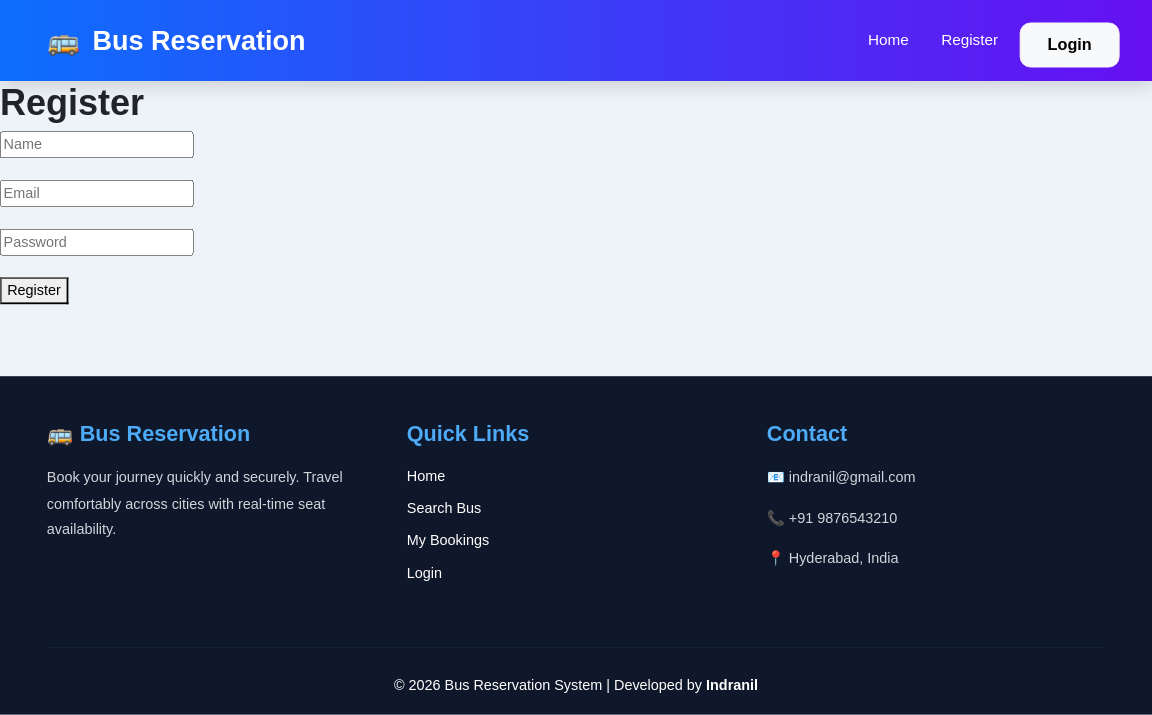
Repository: Eswarabhinay06/Bus-Reservation-System
Page: /register (app in AIML-09-Bus-Reservation-System-main/bus-reservation-frontend/)
These files come from the project's save history. The page is drawn as it stood at one moment and after the next save; the edit follows.
The browser window is 1280 px wide. The pictures show the whole page, at 90% of full size.
The project was rebuilt for these pictures with package versions that can differ from the ones it lists, and the page was loaded fresh each time. Also part of the build but not shown: AIML-09-Bus-Reservation-System-main/bus-reservation-frontend/vite.config.js, AIML-09-Bus-Reservation-System-main/bus-reservation-frontend/src/styles/Hero.css, AIML-09-Bus-Reservation-System-main/bus-reservation-frontend/src/components/Hero.jsx, AIML-09-Bus-Reservation-System-main/bus-reservation-frontend/src/components/SearchBar.jsx, AIML-09-Bus-Reservation-System-main/bus-reservation-frontend/src/styles/BusCard.css, AIML-09-Bus-Reservation-System-main/bus-reservation-frontend/src/components/BusCard.jsx, AIML-09-Bus-Reservation-System-main/bus-reservation-frontend/src/styles/SeatSelection.css, AIML-09-Bus-Reservation-System-main/bus-reservation-frontend/src/components/SeatSelection.jsx and 6 more.

Above is the page before, as saved 2026-07-14 10:43:58.

### AIML-09-Bus-Reservation-System-main/bus-reservation-frontend/index.html
<!doctype html>
<html lang="en">
  <head>
    <meta charset="UTF-8" />
    <link rel="icon" type="image/svg+xml" href="/favicon.svg" />
    <meta name="viewport" content="width=device-width, initial-scale=1.0" />
    <title>bus-reservation-frontend</title>
  </head>
  <body>
    <div id="root"></div>
    <script type="module" src="/src/main.jsx"></script>
  </body>
</html>

### AIML-09-Bus-Reservation-System-main/bus-reservation-frontend/src/main.jsx
import { StrictMode } from 'react'
import { createRoot } from 'react-dom/client'
import 'bootstrap/dist/css/bootstrap.min.css'   // Add this line
import './index.css'
import App from './App.jsx'

createRoot(document.getElementById('root')).render(
  <StrictMode>
    <App />
  </StrictMode>,
)

### AIML-09-Bus-Reservation-System-main/bus-reservation-frontend/src/index.css
body{
    margin:0;
    padding:0;
    font-family:Arial, Helvetica, sans-serif;
    background:#f4f7fc;
}

.card{
    border:none;
    border-radius:15px;
    transition:.3s;
}

.card:hover{
    transform:translateY(-8px);
    box-shadow:0 10px 25px rgba(0,0,0,.2);
}

.btn{
    border-radius:8px;
}

h1,h2,h3{
    font-weight:bold;
}

footer{
    margin-top:60px;
}
.container{
    max-width:1200px;
}

.card{
    transition:0.3s;
}

.card:hover{
    transform:translateY(-8px);
    box-shadow:0px 10px 25px rgba(0,0,0,0.2);
}

.btn{
    border-radius:10px;
}

.card h3{
    font-size:28px;
}

.card p{
    font-size:18px;
}

body{
    background:#eef3f9;
}
.form-control{
    border-radius:10px;
}

.form-control:focus{
    box-shadow:0 0 10px rgba(13,110,253,.4);
}

.card{
    border-radius:15px;
}

.btn{
    font-weight:bold;
}

.btn:hover{
    transform:scale(1.02);
}
.hero {
    height: 350px;
    background: linear-gradient(135deg,#0d6efd,#4facfe);
    display: flex;
    justify-content: center;
    align-items: center;
    color: white;
    margin-bottom: 40px;
}

.hero-content {
    text-align: center;
}

.hero-content h1 {
    font-size: 55px;
    font-weight: bold;
}

.hero-content p {
    font-size: 22px;
}

### AIML-09-Bus-Reservation-System-main/bus-reservation-frontend/src/App.jsx
import { BrowserRouter, Routes, Route } from "react-router-dom";

import Navbar from "./components/Navbar";
import Footer from "./components/Footer";
import SearchBus from "./pages/SearchBus";
import Register from "./pages/Register";
import Login from "./pages/Login";
import MyBookings from "./pages/MyBookings";
import AddBus from "./pages/AddBus";

function App() {
  return (
    <BrowserRouter>

      <Navbar />

      <Routes>

        <Route path="/" element={<SearchBus />} />

        <Route
          path="/register"
          element={<Register />}
        />

        <Route
          path="/login"
          element={<Login />}
        />

        <Route
          path="/my-bookings"
          element={<MyBookings />}
        />

        <Route
          path="/add-bus"
          element={<AddBus />}
        />

      </Routes>

      <Footer />

    </BrowserRouter>
  );
}

export default App;

### AIML-09-Bus-Reservation-System-main/bus-reservation-frontend/src/components/Navbar.jsx
import { Link, useNavigate } from "react-router-dom";
import "../styles/Navbar.css";

function Navbar() {
  const navigate = useNavigate();
  const user = JSON.parse(localStorage.getItem("user"));

  const logout = () => {
    localStorage.removeItem("user");
    alert("Logged out Successfully!");
    navigate("/login");
  };

  return (
    <nav className="navbar navbar-expand-lg custom-navbar sticky-top">

      <div className="container">

        {/* Logo */}
        <Link className="navbar-brand" to="/">
          🚌 <span>Bus Reservation</span>
        </Link>

        {/* Mobile Toggle */}
        <button
          className="navbar-toggler"
          type="button"
          data-bs-toggle="collapse"
          data-bs-target="#navbarNav"
        >
          <span className="navbar-toggler-icon"></span>
        </button>

        {/* Menu */}
        <div className="collapse navbar-collapse" id="navbarNav">

          <ul className="navbar-nav ms-auto align-items-lg-center">

            <li className="nav-item">
              <Link className="nav-link" to="/">
                Home
              </Link>
            </li>

            {!user ? (
              <>
                <li className="nav-item">
                  <Link className="nav-link" to="/register">
                    Register
                  </Link>
                </li>

                <li className="nav-item">
                  <Link className="btn btn-light login-btn ms-lg-3" to="/login">
                    Login
                  </Link>
                </li>
              </>
            ) : (
              <>
                <li className="nav-item">
                  <Link className="nav-link" to="/my-bookings">
                    My Bookings
                  </Link>
                </li>

                <li className="nav-item">
                  <Link className="nav-link" to="/add-bus">
                    Add Bus
                  </Link>
                </li>

                <li className="nav-item">
                  <span className="welcome-text">
                    👋 {user.name}
                  </span>
                </li>

                <li className="nav-item">
                  <button
                    className="btn btn-danger logout-btn ms-lg-3"
                    onClick={logout}
                  >
                    Logout
                  </button>
                </li>
              </>
            )}

          </ul>

        </div>

      </div>

    </nav>
  );
}

export default Navbar;

### AIML-09-Bus-Reservation-System-main/bus-reservation-frontend/src/components/Footer.jsx
import "../styles/Footer.css";

function Footer() {
  return (
    <footer className="footer">

      <div className="container">

        <div className="row">

          {/* About */}
          <div className="col-md-4 mb-4">
            <h4>🚌 Bus Reservation</h4>
            <p>
              Book your journey quickly and securely.
              Travel comfortably across cities with
              real-time seat availability.
            </p>
          </div>

          {/* Quick Links */}
          <div className="col-md-4 mb-4">
            <h4>Quick Links</h4>

            <ul className="footer-links">
              <li>Home</li>
              <li>Search Bus</li>
              <li>My Bookings</li>
              <li>Login</li>
            </ul>
          </div>

          {/* Contact */}
          <div className="col-md-4 mb-4">
            <h4>Contact</h4>

            <p>📧 indranil@gmail.com</p>
            <p>📞 +91 9876543210</p>
            <p>📍 Hyderabad, India</p>
          </div>

        </div>

        <hr />

        <div className="text-center">
          © 2026 Bus Reservation System | Developed by <b>Indranil</b>
        </div>

      </div>

    </footer>
  );
}

export default Footer;

### AIML-09-Bus-Reservation-System-main/bus-reservation-frontend/src/pages/Register.jsx
import { useState } from "react";
import api from "../services/api";
import "../styles/Register.css";
function Register() {
  const [form, setForm] = useState({
    name: "",
    email: "",
    password: "",
  });

  const handleSubmit = async (e) => {
    e.preventDefault();

    if (!form.name || !form.email || !form.password) {
  alert("All fields are required");
  return;
}

    try {
      await api.post("/auth/register", form);
      alert("Registration successful!");
      setForm({ name: "", email: "", password: "" });
    } catch (error) {
      console.error(error);
      alert("Registration failed");
    }
  };

  return (
    <div>
      <h1>Register</h1>

      <form onSubmit={handleSubmit}>
        <input
          placeholder="Name"
          value={form.name}
          onChange={(e) => setForm({ ...form, name: e.target.value })}
        />
        <br /><br />

        <input
          placeholder="Email"
          value={form.email}
          onChange={(e) => setForm({ ...form, email: e.target.value })}
        />
        <br /><br />

        <input
          type="password"
          placeholder="Password"
          value={form.password}
          onChange={(e) => setForm({ ...form, password: e.target.value })}
        />
        <br /><br />

        <button type="submit">Register</button>
      </form>
    </div>
  );
}

export default Register;

### AIML-09-Bus-Reservation-System-main/bus-reservation-frontend/src/styles/Navbar.css
.custom-navbar{
    background:linear-gradient(90deg,#0d6efd,#6610f2);
    padding:15px 0;
    box-shadow:0 5px 20px rgba(0,0,0,.15);
}

.navbar-brand{
    color:white !important;
    font-size:30px;
    font-weight:700;
    text-decoration:none;
}

.navbar-brand span{
    margin-left:5px;
}

.nav-link{
    color:white !important;
    font-size:17px;
    font-weight:500;
    margin-left:20px;
    transition:.3s;
}

.nav-link:hover{
    color:#ffd43b !important;
}

.login-btn{
    border-radius:30px;
    padding:10px 22px;
    font-weight:600;
}

.logout-btn{
    border-radius:30px;
    padding:10px 20px;
}

.welcome-text{
    color:#ffd43b;
    font-weight:bold;
    margin-left:20px;
}

.navbar-toggler{
    border:none;
}

.navbar-toggler:focus{
    box-shadow:none;
}

@media(max-width:992px){

.nav-link{
    margin-left:0;
    margin-top:10px;
}

.login-btn,
.logout-btn{
    margin-top:15px;
    width:100%;
}

.welcome-text{
    margin:15px 0;
    display:block;
}

}

### AIML-09-Bus-Reservation-System-main/bus-reservation-frontend/src/styles/Footer.css
.footer{
    background:#0f172a;
    color:white;
    padding:50px 0 20px;
    margin-top:80px;
}

.footer h4{
    margin-bottom:20px;
    color:#4dabf7;
    font-weight:bold;
}

.footer p{
    color:#d1d5db;
    line-height:1.8;
}

.footer-links{
    list-style:none;
    padding:0;
}

.footer-links li{
    margin-bottom:12px;
    cursor:pointer;
    transition:.3s;
}

.footer-links li:hover{
    color:#4dabf7;
    transform:translateX(5px);
}

.footer hr{
    border-color:#334155;
    margin:30px 0;
}

### AIML-09-Bus-Reservation-System-main/bus-reservation-frontend/src/services/api.js
import axios from "axios";

const api = axios.create({
  baseURL: "http://localhost:9090/api",
});

export default api;

### AIML-09-Bus-Reservation-System-main/bus-reservation-frontend/src/styles/Login.css
.login-page{

    min-height:100vh;
    display:flex;
    justify-content:center;
    align-items:center;
    background:linear-gradient(135deg,#0d6efd,#6610f2);

}

.login-card{

    background:white;
    width:420px;
    padding:40px;
    border-radius:20px;
    box-shadow:0 15px 35px rgba(0,0,0,.25);

}

.login-card h2{

    text-align:center;
    color:#0d6efd;
    font-weight:bold;

}

.login-card h4{

    text-align:center;
    margin-bottom:30px;

}

.login-card label{

    font-weight:600;
    margin-bottom:8px;

}

.login-card .form-control{

    height:50px;
    border-radius:12px;

}

.login-card .form-control:focus{

    border:2px solid #0d6efd;
    box-shadow:none;

}

.login-btn{

    width:100%;
    height:50px;
    border-radius:12px;
    font-size:18px;
    font-weight:bold;
    margin-top:10px;

}

.register-link{

    text-align:center;

}

.register-link a{

    text-decoration:none;
    font-weight:bold;
    margin-left:5px;

}

.register-link a:hover{

    text-decoration:underline;

}

### AIML-09-Bus-Reservation-System-main/bus-reservation-frontend/src/styles/SearchBar.css
.search-card{
    background:white;
    border-radius:20px;
    padding:30px;
    box-shadow:0 10px 30px rgba(0,0,0,.12);
    margin-top:-70px;
    position:relative;
    z-index:10;
}

.search-title{
    text-align:center;
    margin-bottom:30px;
    color:#0d6efd;
    font-weight:700;
}

.form-label{
    font-weight:600;
    margin-bottom:8px;
}

.form-control{
    height:50px;
    border-radius:12px;
    border:1px solid #ccc;
}

.form-control:focus{
    box-shadow:none;
    border:2px solid #0d6efd;
}

.btn{
    height:50px;
    border-radius:12px;
    font-weight:600;
}

@media(max-width:768px){

.search-card{
    margin-top:20px;
    padding:20px;
}

}

### AIML-09-Bus-Reservation-System-main/bus-reservation-frontend/src/styles/Register.css
.register-container{
    min-height:80vh;
    display:flex;
    justify-content:center;
    align-items:center;
    background:linear-gradient(135deg,#43e97b,#38f9d7);
    padding:40px;
}

.register-card{
    width:450px;
    background:white;
    padding:35px;
    border-radius:20px;
    box-shadow:0 15px 35px rgba(0,0,0,.2);
}

.register-card h2{
    text-align:center;
    color:#198754;
    margin-bottom:30px;
    font-weight:bold;
}

.register-card label{
    font-weight:600;
    margin-bottom:8px;
}

.register-card input,
.register-card select{
    width:100%;
    height:50px;
    border:1px solid #ddd;
    border-radius:10px;
    padding:10px 15px;
    margin-bottom:20px;
    font-size:16px;
}

.register-card input:focus,
.register-card select:focus{
    outline:none;
    border:2px solid #198754;
}

.register-btn{
    width:100%;
    height:50px;
    border:none;
    border-radius:10px;
    background:#198754;
    color:white;
    font-size:18px;
    font-weight:bold;
    transition:.3s;
}

.register-btn:hover{
    background:#157347;
    transform:translateY(-2px);
}

.register-link{
    text-align:center;
    margin-top:20px;
}

.register-link a{
    text-decoration:none;
    color:#198754;
    font-weight:bold;
}

After the next save:
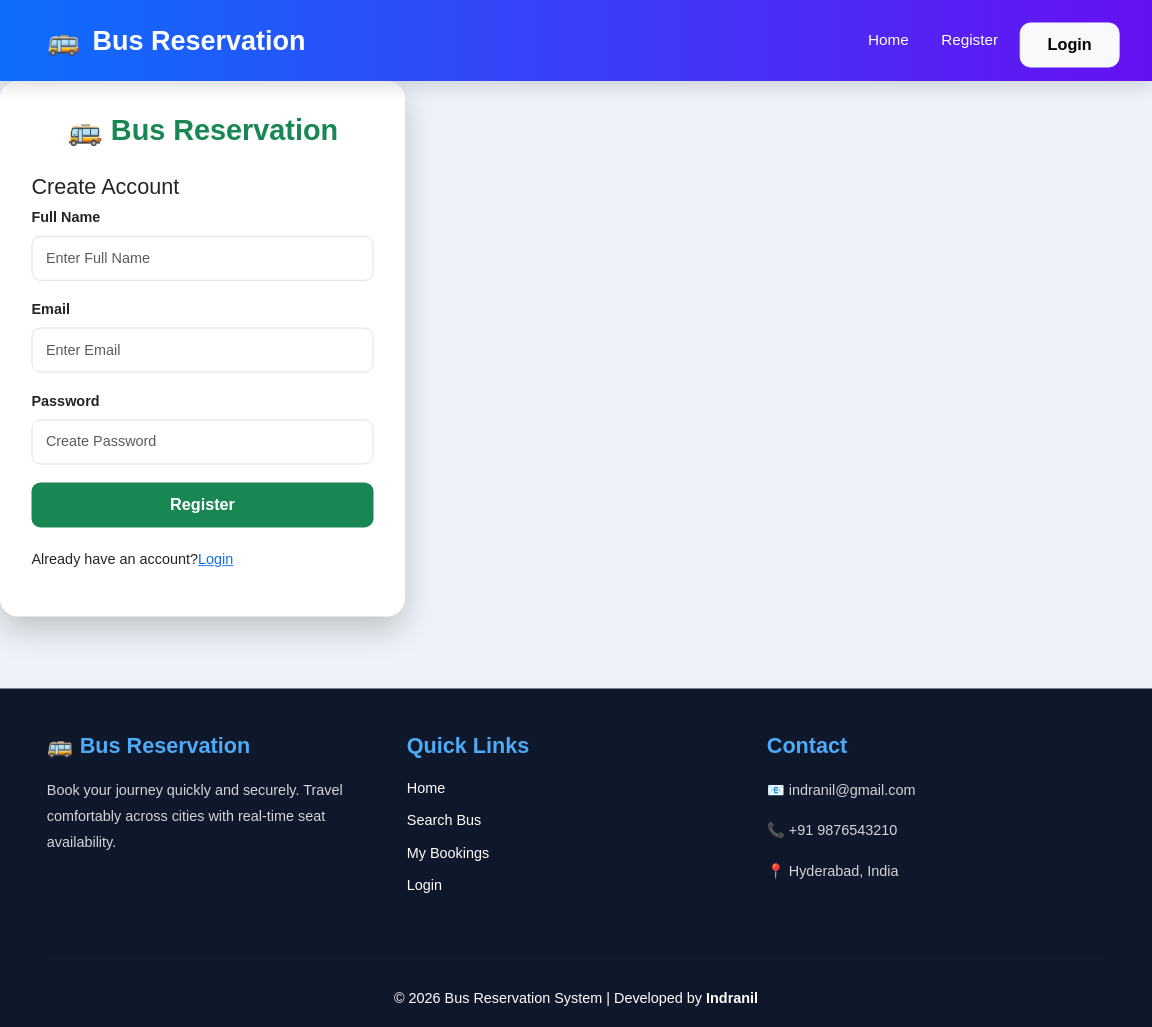
Saved 35 s later.
--- a/AIML-09-Bus-Reservation-System-main/bus-reservation-frontend/src/pages/Register.jsx
+++ b/AIML-09-Bus-Reservation-System-main/bus-reservation-frontend/src/pages/Register.jsx
@@ -1,62 +1,139 @@
 import { useState } from "react";
+import { Link, useNavigate } from "react-router-dom";
 import api from "../services/api";
 import "../styles/Register.css";
+
 function Register() {
+
+  const navigate = useNavigate();
+
   const [form, setForm] = useState({
     name: "",
     email: "",
     password: "",
   });
 
+  const handleChange = (e) => {
+
+    setForm({
+      ...form,
+      [e.target.name]: e.target.value,
+    });
+
+  };
+
   const handleSubmit = async (e) => {
+
     e.preventDefault();
 
     if (!form.name || !form.email || !form.password) {
-  alert("All fields are required");
-  return;
-}
+      alert("Please fill all fields");
+      return;
+    }
 
     try {
+
       await api.post("/auth/register", form);
-      alert("Registration successful!");
-      setForm({ name: "", email: "", password: "" });
+
+      alert("Registration Successful 🎉");
+
+      navigate("/login");
+
     } catch (error) {
+
       console.error(error);
-      alert("Registration failed");
+
+      alert("Registration Failed");
+
     }
+
   };
 
   return (
-    <div>
-      <h1>Register</h1>
 
-      <form onSubmit={handleSubmit}>
-        <input
-          placeholder="Name"
-          value={form.name}
-          onChange={(e) => setForm({ ...form, name: e.target.value })}
-        />
-        <br /><br />
+    <div className="register-page">
 
-        <input
-          placeholder="Email"
-          value={form.email}
-          onChange={(e) => setForm({ ...form, email: e.target.value })}
-        />
-        <br /><br />
+      <div className="register-card">
 
-        <input
-          type="password"
-          placeholder="Password"
-          value={form.password}
-          onChange={(e) => setForm({ ...form, password: e.target.value })}
-        />
-        <br /><br />
+        <h2>🚌 Bus Reservation</h2>
 
-        <button type="submit">Register</button>
-      </form>
+        <h4>Create Account</h4>
+
+        <form onSubmit={handleSubmit}>
+
+          <div className="mb-3">
+
+            <label>Full Name</label>
+
+            <input
+              type="text"
+              className="form-control"
+              name="name"
+              placeholder="Enter Full Name"
+              value={form.name}
+              onChange={handleChange}
+              required
+            />
+
+          </div>
+
+          <div className="mb-3">
+
+            <label>Email</label>
+
+            <input
+              type="email"
+              className="form-control"
+              name="email"
+              placeholder="Enter Email"
+              value={form.email}
+              onChange={handleChange}
+              required
+            />
+
+          </div>
+
+          <div className="mb-3">
+
+            <label>Password</label>
+
+            <input
+              type="password"
+              className="form-control"
+              name="password"
+              placeholder="Create Password"
+              value={form.password}
+              onChange={handleChange}
+              required
+            />
+
+          </div>
+
+          <button
+            type="submit"
+            className="btn btn-success register-btn"
+          >
+            Register
+          </button>
+
+        </form>
+
+        <p className="login-link mt-4">
+
+          Already have an account?
+
+          <Link to="/login">
+            Login
+          </Link>
+
+        </p>
+
+      </div>
+
     </div>
+
   );
+
 }
 
 export default Register;
